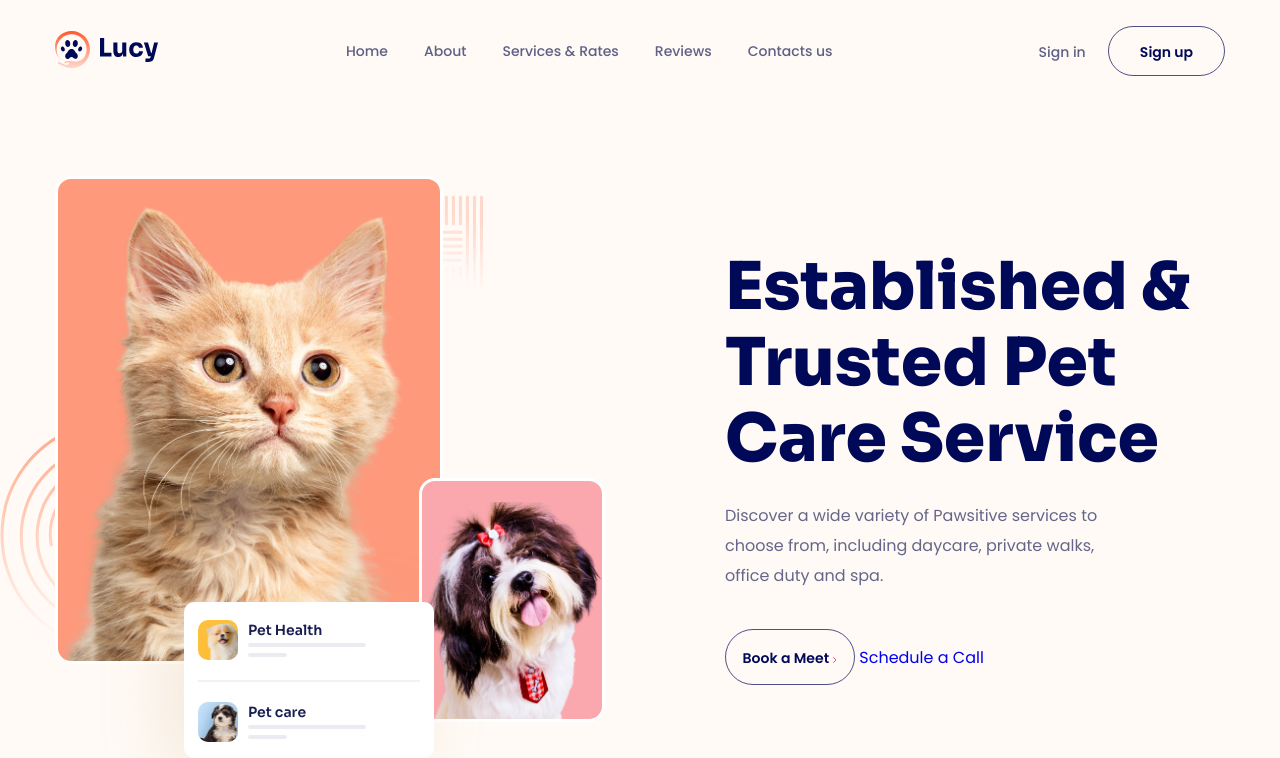
Repository: empty24062002/f8-project-05
Page: index.html
An editor plug-in stored every save of this project. The page is shown before and after the next save, followed by the edit.
The browser window is 1280 px wide. The pictures show the whole page.

Above is the page before, as saved 2023-09-09 18:19:07.

After the next save:
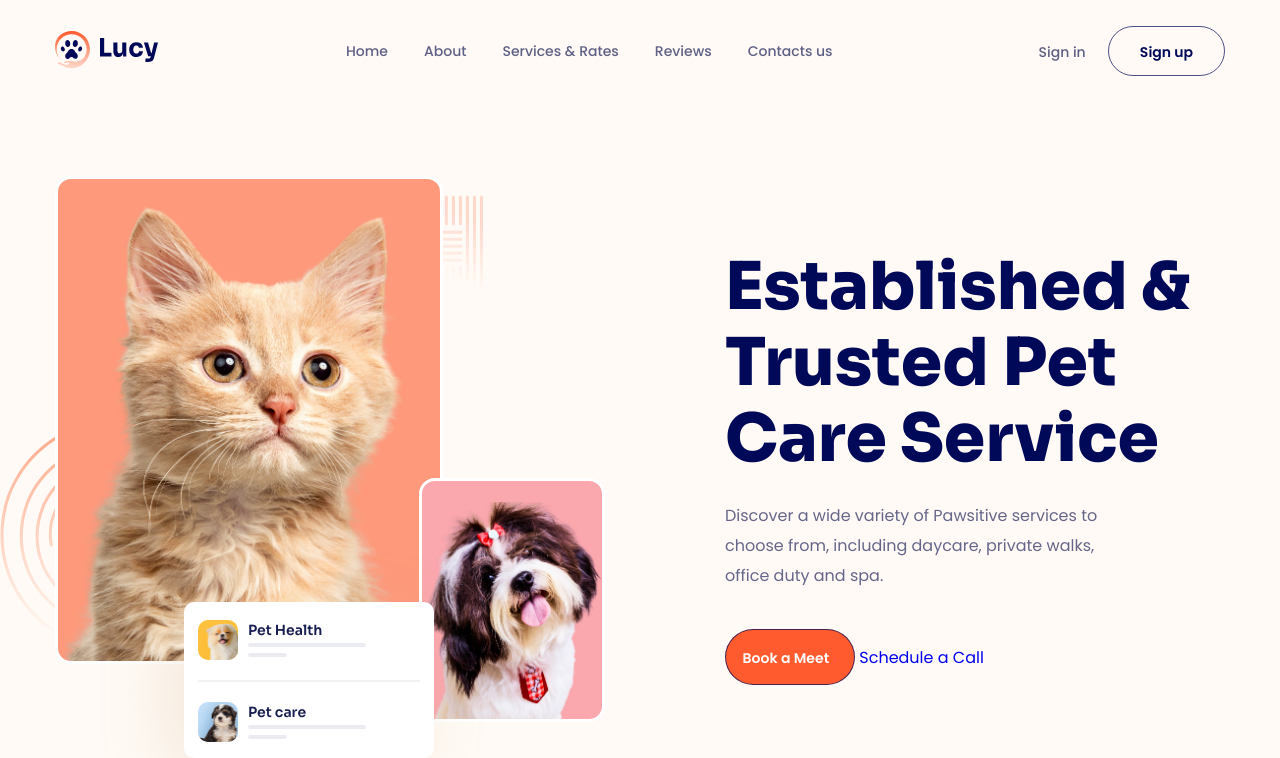
Saved 2 s later.
--- a/assets/css/styles.css
+++ b/assets/css/styles.css
@@ -58,6 +58,12 @@ a {
 
 .btn:hover {
     opacity: 0.8;
+    cursor: pointer;
+}
+
+.btn--primary {
+    background: #ff5b2e;
+    color: #fff;
 }
 
 /* header */
